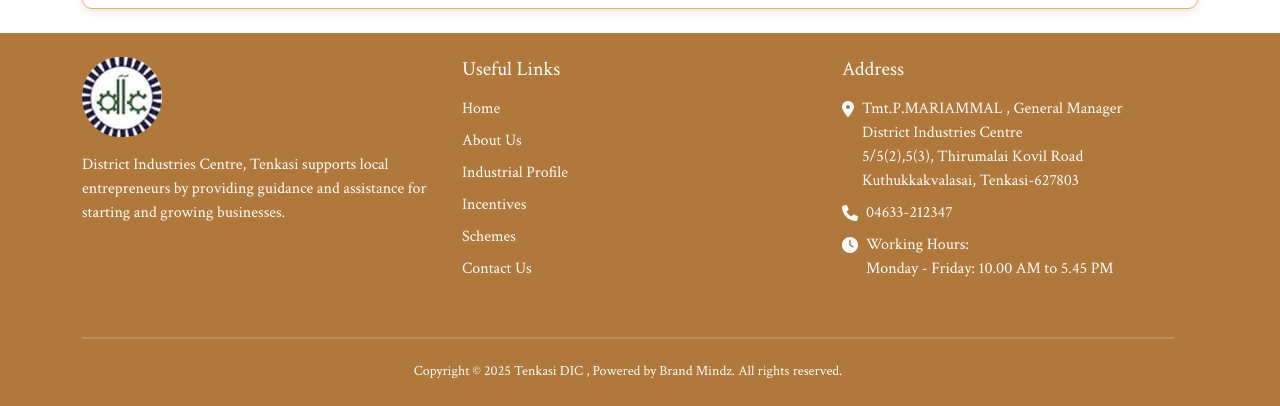
Repository: Brand-Mindz-Global-Technology-Pvt-Ltd/TenkasiDIC--FrontEnd
Page: Contact Page/Contactus.html
An editor plug-in stored every save of this project. The page is shown before and after the next save, followed by the edit.
The browser window is 1280 px wide. The pictures show the part of the page from y = 1384 to 1886 px (the page is 1790 px tall before and 1886 px after).

Above is the page before, as saved 2025-07-09 09:16:47.

### Contact Page/Contactus.html
<!DOCTYPE html>
<html lang="en">
<head>
  <meta charset="UTF-8">
  <meta name="viewport" content="width=device-width, initial-scale=1">
  <title>Contact Section</title>
  <link rel="shortcut icon" type="image/x-icon" href="../img/favicon.ico">
  <link href="https://cdn.jsdelivr.net/npm/bootstrap@5.3.3/dist/css/bootstrap.min.css" rel="stylesheet">
  <link href="https://fonts.googleapis.com/css2?family=Crimson+Text:wght@400;600;700&display=swap" rel="stylesheet">
  <link rel="stylesheet" href="./contactus.css">



</head>
<body>
  <!-- Banner Image Section with overlay navbar -->
  <div class="position-relative">
    <div class="container position-absolute top-0 start-50 translate-middle-x" style="z-index: 1030; padding-top: 15px; margin-top:16px;">
      <nav class="navbar navbar-expand-lg shadow" id="mainNav">
        <a class="navbar-brand" href="../LandingPage/LandingPage.html">
          <img src="../img/diclogo.jpg" alt="Logo" />
        </a>
        <button class="navbar-toggler" type="button" data-bs-toggle="collapse" data-bs-target="#navbarNav" aria-controls="navbarNav" aria-expanded="false" aria-label="Toggle navigation">
          <span class="navbar-toggler-icon">
            <span class="middle-bar"></span>
          </span>
        </button>
        <div class="collapse navbar-collapse justify-content-center" id="navbarNav">
          <ul class="navbar-nav">
            <li class="nav-item"><a class="nav-link" href="../LandingPage/LandingPage.html">Home</a></li>
            <li class="nav-item"><a class="nav-link" href="../About US/aboutus.html">About Us</a></li>
            <li class="nav-item"><a class="nav-link" href="../Industrial Profile/Industrial.html">Industrial Profile</a></li>
            <li class="nav-item"><a class="nav-link" href="../Incentive Page/Incentives.html">Incentives</a></li>
            <li class="nav-item"><a class="nav-link " href="../Schemes/Schemes.html">Schemes</a></li>
            <li class="nav-item"><a class="nav-link active " href="../Contact Page/Contactus.html">Contact Us</a></li>
          </ul>
        </div>
      </nav>
    </div>

    <div class="banner-container">
      <img src="../img/INCENTIVE.png" alt="Schemes Banner" class="banner-image">
      <a href="https://msmeonline.tn.gov.in" class="incentives-link" target="_blank" rel="noopener noreferrer">For all Loan and Incentives: msmeonline.tn.gov.in</a>
      <div class="aboutus-banner-overlay d-flex flex-column align-items-center justify-content-end">
        <h1 class="aboutus-banner-title mb-2">Contact Us</h1>
        <nav class="aboutus-breadcrumb" aria-label="breadcrumb">
          <ol class="breadcrumb mb-0 p-0 bg-transparent">
            <li class="breadcrumb-item">
              <a href="../LandingPage/LandingPage.html" class="aboutus-breadcrumb-link">Home</a>
            </li>
            <li class="breadcrumb-item active" aria-current="page">Contact Us</li>
          </ol>
        </nav>
      </div>
    </div>
  </div>

  <div class="container py-4">
    <div class="row g-4">
      <!-- Left side -->
      <div class="col-lg-6">
        <h5 class="fw-bold">Get In Touch</h5>
        <p class="section-title">Don't Hesitate to Contact us for more Information</p>
        <p>We'd love to hear from you! Whether you have a question, feedback, or need assistance, feel free to reach out. Our team is here to help you with anything you need.</p>

        <div class="row mb-3">
          <div class="col-sm-6 icon-box d-flex">
            <i class="bi bi-geo-alt-fill me-2"></i>
            <div>
              <strong>Location</strong><br>
              General Manager,
              District Industries Centre,
              5/5(2), 5/5(3), Thirumalaikovil road,
              Kuthukkalvalasai,
              Tenkasi -627803.
            </div>
          </div>
          <div class="col-sm-6 icon-box d-flex">
            <i class="bi bi-envelope-fill me-2"></i>
            <div>
              <strong>Email Us</strong><br>
              <span class="email-break">tenkasidic@gmail.com</span>
            </div>
          </div>
        </div>

        <div class="row mb-4">
          <div class="col-sm-6 icon-box d-flex">
            <i class="bi bi-telephone-fill me-2"></i>
            <div>
              <strong>Land Line </strong><br>
              04633-212347
            </div>
          </div>
          <div class="col-sm-6 icon-box d-flex">
            <i class="bi bi-clock-fill me-2"></i>
            <div>
              <strong>Working Hours</strong><br>
              Monday - Friday:<br>10.00 AM  to 5.45 PM
            </div>
          </div>
        </div>

        <!-- Google Maps Section -->

      </div>

      <!-- Right side -->
      <div class="col-lg-6">
        <div class="form-section mb-4">
          <h5 class="text-center fw-bold">Send us a Message</h5>
          <p class="text-center">Questions or need help? Send us a message, and we'll reply soon!</p>
          <form>
            <div class="mb-3">
              <label for="name" class="form-label">Name</label>
              <input type="text" class="form-control" id="name">
            </div>
            <div class="mb-3">
              <label for="email" class="form-label">Email</label>
              <input type="email" class="form-control" id="email">
            </div>
            <div class="mb-3">
              <label for="message" class="form-label">Message</label>
              <textarea class="form-control" id="message" rows="4"></textarea>
            </div>
            <div class="text-center">
              <button type="submit" class="btn btn-custom px-4">SEND MESSAGE</button>
            </div>
          </form>
        </div>
      </div>
    </div>

    <div class="map-container">
      <iframe src="https://www.google.com/maps/embed?pb=!1m18!1m12!1m3!1d3566.1700279265024!2d77.2902880636619!3d8.995489330118778!2m3!1f0!2f0!3f0!3m2!1i1024!2i768!4f13.1!3m3!1m2!1s0x3b06837c6acfc7c7%3A0x94b48fcba8043611!2zRGlzdHJpY3QgaW5kdXN0cmllcyBjZW50cmUgKOCuruCuvuCuteCun-CvjeCunyDgrqTgr4rgrrTgrr_grrLgr40g4K6u4K-I4K6v4K6u4K-NKQ!5e1!3m2!1sen!2sin!4v1747978909047!5m2!1sen!2sin" width="600" height="450" style="border:0;" allowfullscreen="" loading="lazy" referrerpolicy="no-referrer-when-downgrade"></iframe>
    </div>

    <!-- Three contact cards section -->

  </div>

  <footer class="py-4">
    <div class="container">
        <div class="row">
            <div class="col-md-4 mb-4 mb-md-0">
                <div class="d-flex align-items-center mb-3">
                    <img src="../img/diclogo.jpg" alt="DIC Logo" style="width: 80px; height: 80px;" class="me-3">
                </div>
                <p class="text-white" style="font-size: 16px;">
                    District Industries Centre, Tenkasi supports local entrepreneurs by providing guidance and assistance for starting and growing businesses.
                </p>
            </div>
            <div class="col-md-4 mb-4 mb-md-0">
                <h5 class="text-white mb-3">Useful Links</h5>
                <ul class="list-unstyled">
                    <li class="mb-2"><a href="../LandingPage/LandingPage.html" class="text-white text-decoration-none">Home</a></li>
                    <li class="mb-2"><a href="../About US/aboutus.html" class="text-white text-decoration-none">About Us</a></li>
                    <li class="mb-2"><a href="../Industrial Profile/Industrial.html" class="text-white text-decoration-none">Industrial Profile</a></li>
                    <li class="mb-2"><a href="../Incentive Page/Incentives.html" class="text-white text-decoration-none">Incentives</a></li>
                    <li class="mb-2"><a href="../Schemes/Schemes.html" class="text-white text-decoration-none">Schemes</a></li>
                    <li class="mb-2"><a href="../Contact Page/Contactus.html" class="text-white text-decoration-none">Contact Us</a></li>
                </ul>
            </div>
            <div class="col-md-4 mb-4 mb-md-0">
        <h5 class="text-white mb-3">Address</h5>
        <ul class="list-unstyled">
          <li class="mb-2 text-white d-flex align-items-start">
            <i class="fas fa-map-marker-alt text-white me-2 mt-1"></i>
            <div>
              <span>Tmt.P.MARIAMMAL , General Manager</span><br>
              <span>District Industries Centre</span><br>
              <span>5/5(2),5(3), Thirumalai Kovil Road</span><br>
              <span>Kuthukkakvalasai, Tenkasi-627803</span>
            </div>
          </li>
          <li class="mb-2 text-white d-flex align-items-center">
            <i class="fas fa-phone text-white me-2"></i>
            <a href="tel:04633-212347" class="text-white text-decoration-none">04633-212347</a>
          </li>
          <li class="mb-2 text-white d-flex align-items-start">
            <i class="fas fa-clock text-white me-2 mt-1"></i>
            <div>
              <span>Working Hours:</span><br>
              <span>Monday - Friday: 10.00 AM to 5.45 PM</span>
            </div>
          </li>
        </ul>
    </div>
        <div class="row mt-4">
            <div class="col-12 text-center">
                <hr style="border: none; border-top: 2px solid #ccc; margin-bottom:22px;">
                <p style="text-align: center; font-size: 14px; color: #555;">
                <p class="text-white mb-0" style="font-size: 14px;">Copyright © 2025 Tenkasi DIC , Powered by <a href="https://www.brandmindz.com/" target="_blank" style="color: white; text-decoration: none; transition: color 0.3s ease;" onmouseover="this.style.color=''" onmouseout="this.style.color='white'">Brand Mindz</a>. All rights reserved.</p>
            </div>
        </div>
    </div>
</footer>


  <!-- Bootstrap Icons -->
  <link href="https://cdn.jsdelivr.net/npm/bootstrap-icons@1.10.5/font/bootstrap-icons.css" rel="stylesheet">
  <link rel="stylesheet" href="https://cdnjs.cloudflare.com/ajax/libs/font-awesome/6.0.0/css/all.min.css">
  <script src="https://cdn.jsdelivr.net/npm/bootstrap@5.3.3/dist/js/bootstrap.bundle.min.js"></script>
  <script>
        document.addEventListener('DOMContentLoaded', function() {
          // Fixed navbar on scroll
      window.addEventListener('scroll', function() {
        const navbar = document.getElementById('mainNav');
        const body = document.body;
        const navbarContainer = navbar.parentElement;

        if (window.scrollY > 100) {
          // When scrolled, make navbar fixed at top
          navbar.classList.add('fixed-top');
          navbar.classList.remove('position-relative');
          body.classList.add('scrolled');

          // Remove the container's positioning to allow navbar to be full width
          navbarContainer.classList.remove('position-absolute', 'top-0', 'start-50', 'translate-middle-x');
          navbarContainer.style.width = '100%';
          navbarContainer.style.maxWidth = '100%';
          navbarContainer.style.padding = '0';
        } else {
          // Reset to original state when at top
          navbar.classList.remove('fixed-top');
          navbar.classList.add('position-relative');
          body.classList.remove('scrolled');

          // Restore the container's positioning
          navbarContainer.classList.add('position-absolute', 'top-0', 'start-50', 'translate-middle-x');
          navbarContainer.style.width = '';
          navbarContainer.style.maxWidth = '';
          navbarContainer.style.padding = '';
        }
      });

      // Get all navigation links
      const navLinks = document.querySelectorAll('.nav-link');

      // Get the collapse element
      const navbarCollapse = document.getElementById('navbarNav');
      const bsCollapse = new bootstrap.Collapse(navbarCollapse, {toggle: false});

      // Add click event listener to each navigation link
      navLinks.forEach(function(navLink) {
        navLink.addEventListener('click', function() {
          // Close the navbar when a link is clicked
          if (navbarCollapse.classList.contains('show')) {
            bsCollapse.hide();
          }
        });
      });

      // Close navbar when clicking outside
      document.addEventListener('click', function(event) {
        // Check if the navbar is expanded and the click is outside the navbar
        const isNavbarExpanded = navbarCollapse.classList.contains('show');
        const isClickInsideNavbar = navbarCollapse.contains(event.target);
        const isClickOnToggler = event.target.classList.contains('navbar-toggler') ||
                                event.target.classList.contains('navbar-toggler-icon');

        if (isNavbarExpanded && !isClickInsideNavbar && !isClickOnToggler) {
          bsCollapse.hide();
        }
      });
    });
  </script>
</body>
</html>

### Contact Page/contactus.css
.navbar-nav .nav-link:hover,
.navbar-nav .nav-link.active {
    color: #af6f24 !important;
}
body {
font-family: 'Crimson Text', serif;
}
footer {
background-color: #b1783b;
color: white;
padding: 20px 0;
}

.section-title {
color: #b1783b;
font-size: 1.8rem;
font-weight: 600;
}
.icon-box i {
font-size: 1.5rem;
color: #b1783b;
}
.icon-box {
margin-bottom: 1.5rem;
}
.form-control, .form-label {
font-size: 0.9rem;
}
.form-section {
border: 1px solid #f0ad4e;
border-radius: 10px;
padding: 25px;
}
.btn-custom {
background-color: #b1783b;
color: white;
border-radius: 8px;
}
.btn-custom:hover {
background-color: #965f2d;
color: white;
}
.contact-card {
border: 1px solid #f0ad4e;
border-radius: 10px;
padding: 20px;
margin-bottom: 20px;
background-color: #fff;
min-height: 200px;
display: flex;
flex-direction: column;
}
.contact-number {
background-color: #f0ad4e;
color: white;
border-radius: 8px;
padding: 5px 12px;
font-weight: bold;
display: inline-block;
margin-bottom: 15px;
align-self: flex-start;
}
.contact-card h6 {
font-weight: 600;
color: #333;
margin-bottom: 10px;
font-size: 0.9rem;
line-height: 1.6;
}
.contact-card p {
font-size: 0.9rem;
color: #666;
margin-bottom: 0;
}

/* Map Styles */
.map-container {
border: 1px solid #f0ad4e;
border-radius: 10px;
overflow: hidden;
margin-top: 2rem;
box-shadow: 0 2px 10px rgba(0, 0, 0, 0.1);
}

.map-container iframe {
width: 100%;
height: 300px;
border: none;
}

/* Banner Styles */
.banner-container {
position: relative;
width: 100%;
height: 500px;
overflow: hidden;
margin-bottom: 30px;


}

.banner-image {
width: 100%;
height: 100%;
object-fit: cover;
}

.incentives-link {
position: absolute;
bottom: 20px;
right: 20px;
background-color: rgba(255, 255, 255, 0.9);
padding: 10px 15px;
border-radius: 8px;
font-weight: 600;
color: #b1783b;
text-decoration: none;
box-shadow: 0 2px 10px rgba(0, 0, 0, 0.1);
transition: all 0.3s ease;
}

.incentives-link:hover {
background-color: #b1783b;
color: white;
}

/* Responsive adjustments */
@media (max-width: 767px) {
.section-title {
font-size: 1.4rem;
}
.icon-box {
flex-direction: column;
text-align: center;
align-items: center;
}
.icon-box i {
margin-bottom: 10px;
}
.form-section {
padding: 20px;
}
.contact-card {
min-height: auto;
}
.banner-container {
height: 500px;
}
.incentives-link {
font-size: 0.9rem;
padding: 8px 12px;
}
.map-container iframe {
height: 250px;
}
}

@media (max-width: 575px) {
.section-title {
font-size: 1.2rem;
}
.icon-box {
margin-bottom: 1rem;
}
.form-section {
padding: 15px;
}
.email-break {
word-break: break-all;
}
.banner-container {
height: 250px;
}
.incentives-link {
font-size: 0.8rem;
padding: 6px 10px;
bottom: 10px;
right: 10px;
}
.map-container iframe {
height: 200px;
}
}
body.scrolled {
padding-top: 90px; /* Add padding when navbar is fixed */
}
/* Navbar Styles */
.navbar {
border-radius: 40px;
padding: 0.75rem 1.5rem;
background-color: white;
width: 100%;
max-width: 1320px;
margin: 0 auto;
transition: all 0.3s ease;
}

.navbar.fixed-top {
position: fixed;
top: 0;
left: 0;
right: 0;
z-index: 1030;
max-width: 100%;
border-radius: 0;
box-shadow: 0 2px 10px rgba(0, 0, 0, 0.1);
}

.navbar-brand img {
width: 50px;
height: auto;
}

.nav-link {
position: relative;
font-weight: 600;
color: black !important;
margin: 0 10px;
transition: color 0.3s ease;
}

.nav-link:hover {
opacity: 0.8;
}

.nav-link.active::after {
content: "";
position: absolute;
bottom: 4px;
left: 0;
width: 100%;
height: 2px;
background-color: black;
}

/* Custom hamburger to X icon */
.navbar-toggler {
border: none;
background: transparent;
padding: 0;
}

.navbar-toggler:focus {
box-shadow: none;
}

.navbar-toggler .navbar-toggler-icon {
background-image: none;
position: relative;
height: 24px;
width: 30px;
transition: all 0.3s ease;
}

.navbar-toggler .navbar-toggler-icon:before,
.navbar-toggler .navbar-toggler-icon:after,
.navbar-toggler .navbar-toggler-icon .middle-bar {
content: '';
position: absolute;
width: 100%;
height: 3px;
background-color: #333;
border-radius: 2px;
left: 0;
transition: all 0.3s ease;
}

.navbar-toggler .navbar-toggler-icon:before {
top: 0;
}

.navbar-toggler .navbar-toggler-icon .middle-bar {
top: 50%;
transform: translateY(-50%);
}

.navbar-toggler .navbar-toggler-icon:after {
bottom: 0;
}

.navbar-toggler[aria-expanded="true"] .navbar-toggler-icon:before {
transform: rotate(45deg);
top: 11px;
}

.navbar-toggler[aria-expanded="true"] .navbar-toggler-icon .middle-bar {
opacity: 0;
}

.navbar-toggler[aria-expanded="true"] .navbar-toggler-icon:after {
transform: rotate(-45deg);
bottom: 10px;
}

.banner-black-overlay {
  position: absolute;
  top: 0;
  left: 0;
  right: 0;
  bottom: 0;
  width: 100%;
  height: 100%;
  background: rgba(18, 18, 18, 0.814);
  z-index: 1;
  pointer-events: none;
}

.aboutus-banner-overlay {
  position: absolute;
  top: 50%;
  left: 50%;
  bottom: 50px;
  transform: translate(-50%, -50%);
  z-index: 2;
  width: 100%;
  display: flex;
  flex-direction: column;
  align-items: center;
  justify-content: center;
  text-align: center;
  pointer-events: none;
  padding: 20px;
}

.aboutus-banner-title {
  color: #fff;
  font-size: 3rem;
  font-weight: 700;
  letter-spacing: 1px;
  text-shadow: 0 2px 8px rgba(0, 0, 0, 0.685);
  margin-bottom: 0.5rem;
  pointer-events: auto;
}

.aboutus-breadcrumb {
  font-size: 1.2rem;
  pointer-events: auto;
}

.aboutus-breadcrumb .breadcrumb {
  background: transparent;
  margin-bottom: 0;
  padding: 0;
}

.aboutus-breadcrumb-link {
  color: #f7c873;
  text-decoration: underline;
  transition: color 0.2s;
}

.aboutus-breadcrumb-link:hover,
.aboutus-breadcrumb-link:focus {
  color: #af6f24;
  text-decoration: underline;
}

.aboutus-breadcrumb .breadcrumb-item + .breadcrumb-item::before {
  content: "→";
  color: #fff;
  padding: 0 0.5em;
  font-size: 1.1em;
}

.aboutus-breadcrumb .breadcrumb-item.active {
  color: #fff;
  font-weight: 600;
}

/* Tablet optimization */
@media (max-width: 991.98px) {
  .aboutus-banner-overlay {
    top: 60%;
  }

  .aboutus-banner-title {
    font-size: 2.5rem;
  }

  .aboutus-breadcrumb {
    font-size: 1.1rem;
  }
}

/* Mobile optimization */
@media (max-width: 767.98px) {
  .aboutus-banner-overlay {
    top: 65%;
  }

  .aboutus-banner-title {
    font-size: 2rem;
  }

  .aboutus-breadcrumb {
    font-size: 1rem;
  }

  .aboutus-banner-overlay {
    padding: 0 15px;
  }
}

/* Small mobile optimization */
@media (max-width: 575.98px) {
  .aboutus-banner-overlay {
    top: 70%;
  }

  .aboutus-banner-title {
    font-size: 1.5rem;
  }

  .aboutus-breadcrumb {
    font-size: 0.9rem;
  }

  .aboutus-banner-overlay {
    padding: 0 10px;
  }
}

/* Extra small mobile optimization */
@media (max-width: 375px) {
  .aboutus-banner-overlay {
    top: 75%;
  }

  .aboutus-banner-title {
    font-size: 1.2rem;
  }

  .aboutus-breadcrumb {
    font-size: 0.8rem;
  }
}

  .banner-container .incentives-link {
    position: absolute;
    bottom: 20px;
    right: 20px;
    background-color: rgba(255, 255, 255, 0.92);
    padding: 10px 15px;
    border-radius: 8px;
    font-weight: 600;
    color: #b1783b;
    text-decoration: none;
    box-shadow: 0 2px 10px rgba(0, 0, 0, 0.10);
    transition: all 0.3s ease;
    z-index: 3;
  }

  .banner-container .incentives-link:hover {
    background-color: #b1783b;
    color: #fff;
  }

After the next save:
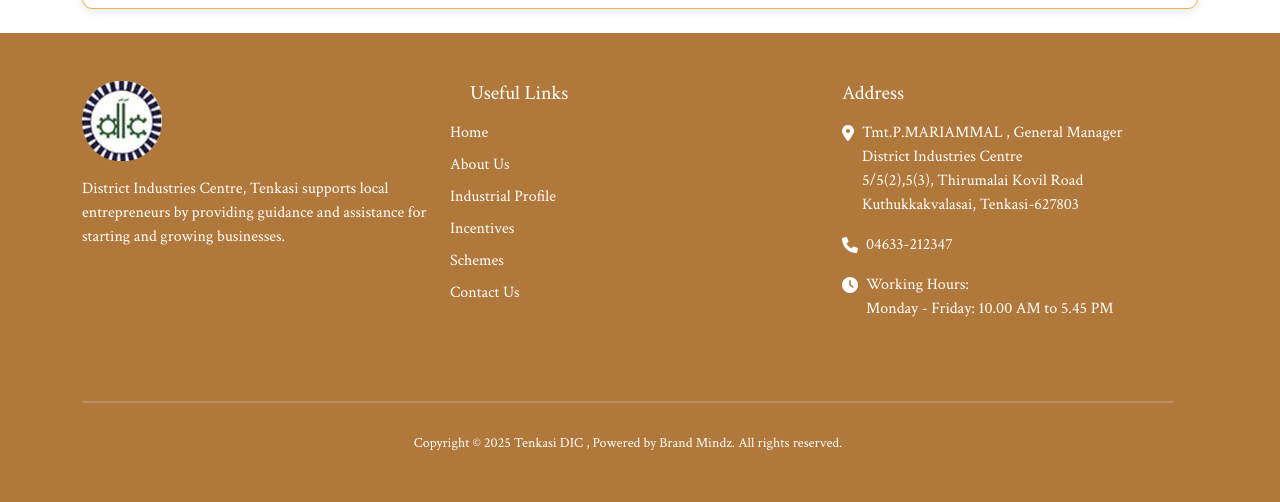
Saved 21 s later.
--- a/Contact Page/Contactus.html
+++ b/Contact Page/Contactus.html
@@ -139,8 +139,8 @@
 
   </div>
 
-  <footer class="py-4">
-    <div class="container">
+  <footer class="py-5">
+    <div class="container" >
         <div class="row">
             <div class="col-md-4 mb-4 mb-md-0">
                 <div class="d-flex align-items-center mb-3">
@@ -150,21 +150,21 @@
                     District Industries Centre, Tenkasi supports local entrepreneurs by providing guidance and assistance for starting and growing businesses.
                 </p>
             </div>
-            <div class="col-md-4 mb-4 mb-md-0">
-                <h5 class="text-white mb-3">Useful Links</h5>
-                <ul class="list-unstyled">
-                    <li class="mb-2"><a href="../LandingPage/LandingPage.html" class="text-white text-decoration-none">Home</a></li>
-                    <li class="mb-2"><a href="../About US/aboutus.html" class="text-white text-decoration-none">About Us</a></li>
-                    <li class="mb-2"><a href="../Industrial Profile/Industrial.html" class="text-white text-decoration-none">Industrial Profile</a></li>
-                    <li class="mb-2"><a href="../Incentive Page/Incentives.html" class="text-white text-decoration-none">Incentives</a></li>
-                    <li class="mb-2"><a href="../Schemes/Schemes.html" class="text-white text-decoration-none">Schemes</a></li>
-                    <li class="mb-2"><a href="../Contact Page/Contactus.html" class="text-white text-decoration-none">Contact Us</a></li>
+            <div class="col-md-4 mb-4 mb-md-0 d-flex flex-column align-items-start" style="padding-left: 0;">
+                <h5 class="text-white mb-3" style="margin-left: 20px;">Useful Links</h5>
+                <ul class="list-unstyled" style="margin-left: 0; padding-left: 0;">
+                    <li class="mb-2" style="margin-left: 0;"><a href="../LandingPage/LandingPage.html" class="text-white text-decoration-none">Home</a></li>
+                    <li class="mb-2" style="margin-left: 0;"><a href="../About US/aboutus.html" class="text-white text-decoration-none">About Us</a></li>
+                    <li class="mb-2" style="margin-left: 0;"><a href="../Industrial Profile/Industrial.html" class="text-white text-decoration-none">Industrial Profile</a></li>
+                    <li class="mb-2" style="margin-left: 0;"><a href="../Incentive Page/Incentives.html" class="text-white text-decoration-none">Incentives</a></li>
+                    <li class="mb-2" style="margin-left: 0;"><a href="../Schemes/Schemes.html" class="text-white text-decoration-none">Schemes</a></li>
+                    <li class="mb-2" style="margin-left: 0;"><a href="../Contact Page/Contactus.html" class="text-white text-decoration-none">Contact Us</a></li>
                 </ul>
             </div>
             <div class="col-md-4 mb-4 mb-md-0">
         <h5 class="text-white mb-3">Address</h5>
         <ul class="list-unstyled">
-          <li class="mb-2 text-white d-flex align-items-start">
+          <li class="mb-3 text-white d-flex align-items-start">
             <i class="fas fa-map-marker-alt text-white me-2 mt-1"></i>
             <div>
               <span>Tmt.P.MARIAMMAL , General Manager</span><br>
@@ -173,11 +173,11 @@
               <span>Kuthukkakvalasai, Tenkasi-627803</span>
             </div>
           </li>
-          <li class="mb-2 text-white d-flex align-items-center">
+          <li class="mb-3 text-white d-flex align-items-center">
             <i class="fas fa-phone text-white me-2"></i>
             <a href="tel:04633-212347" class="text-white text-decoration-none">04633-212347</a>
           </li>
-          <li class="mb-2 text-white d-flex align-items-start">
+          <li class="mb-3 text-white d-flex align-items-start">
             <i class="fas fa-clock text-white me-2 mt-1"></i>
             <div>
               <span>Working Hours:</span><br>
@@ -186,11 +186,11 @@
           </li>
         </ul>
     </div>
-        <div class="row mt-4">
+        <div class="row mt-5">
             <div class="col-12 text-center">
-                <hr style="border: none; border-top: 2px solid #ccc; margin-bottom:22px;">
+                <hr style="border: none; border-top: 2px solid #ccc; margin-bottom:30px;">
                 <p style="text-align: center; font-size: 14px; color: #555;">
-                <p class="text-white mb-0" style="font-size: 14px;">Copyright © 2025 Tenkasi DIC , Powered by <a href="https://www.brandmindz.com/" target="_blank" style="color: white; text-decoration: none; transition: color 0.3s ease;" onmouseover="this.style.color=''" onmouseout="this.style.color='white'">Brand Mindz</a>. All rights reserved.</p>
+                <p class="text-white mb-0" style="font-size: 14px;">Copyright © 2025 Tenkasi DIC , Powered by <a href="https://www.brandmindz.com/" target="_blank" style="color: white; text-decoration: none; transition: color 0.3s ease;" onmouseover="this.style.color='#af6f24'" onmouseout="this.style.color='white'">Brand Mindz</a>. All rights reserved.</p>
             </div>
         </div>
     </div>
